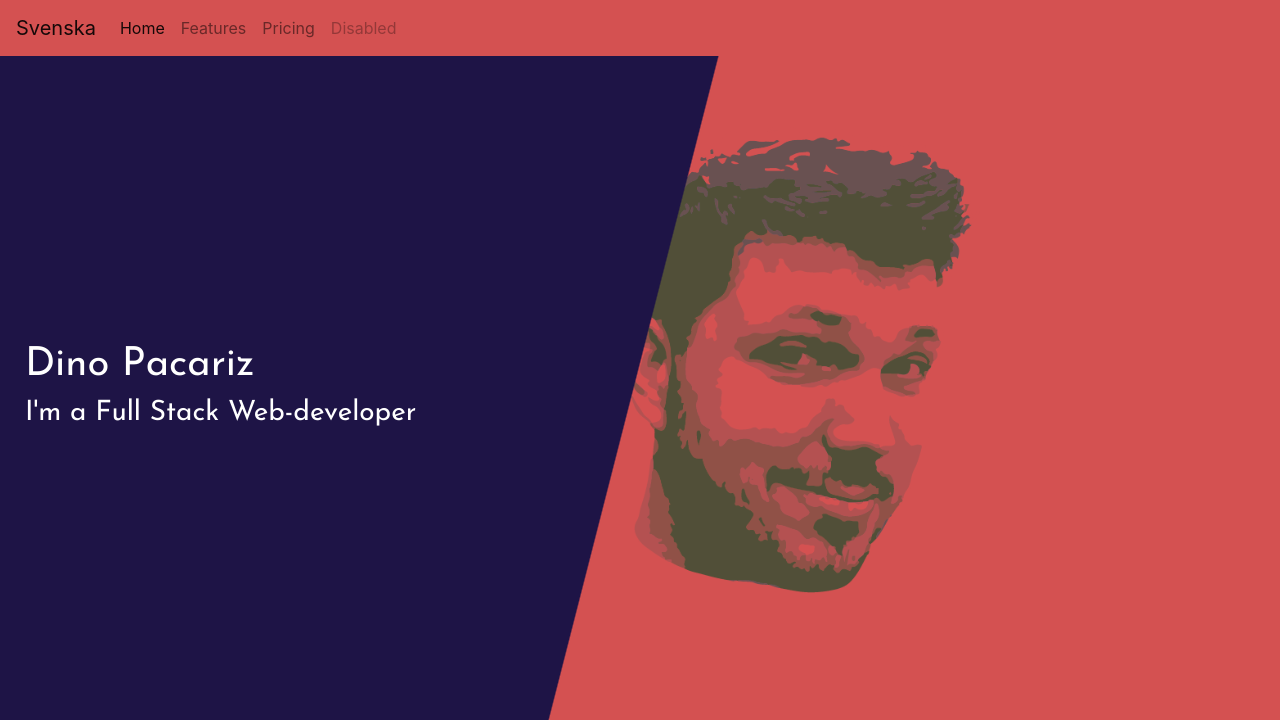
Repository: ImDino/Portfolio
Page: index.html
The author's editor kept a copy of each file at every save. The page is drawn from the files as they stood at one save, then again after the next save.
The browser window is 1280 px wide. The pictures show the whole page.
Some web libraries are served in a nearby version. The style sheet was rebuilt from its Sass, Less or Tailwind sources for each picture, by a compiler version that may differ from the author's.

Above is the page before, as saved 2020-11-04 12:59:29.

### index.html
<!DOCTYPE html>
<html lang="en">
<head>
    <meta charset="UTF-8">
    <meta name="viewport" content="width=device-width, initial-scale=1.0">
    <link rel="stylesheet" href="https://cdn.jsdelivr.net/npm/bootstrap@4.5.3/dist/css/bootstrap.min.css" integrity="sha384-TX8t27EcRE3e/ihU7zmQxVncDAy5uIKz4rEkgIXeMed4M0jlfIDPvg6uqKI2xXr2" crossorigin="anonymous">
    <link href="https://fonts.googleapis.com/css2?family=Josefin+Sans&display=swap" rel="stylesheet">

    <script src="https://code.jquery.com/jquery-3.5.1.slim.min.js" integrity="sha384-DfXdz2htPH0lsSSs5nCTpuj/zy4C+OGpamoFVy38MVBnE+IbbVYUew+OrCXaRkfj" crossorigin="anonymous"></script>
    <script src="https://cdn.jsdelivr.net/npm/bootstrap@4.5.3/dist/js/bootstrap.bundle.min.js" integrity="sha384-ho+j7jyWK8fNQe+A12Hb8AhRq26LrZ/JpcUGGOn+Y7RsweNrtN/tE3MoK7ZeZDyx" crossorigin="anonymous"></script>
    <script src="https://cdnjs.cloudflare.com/ajax/libs/gsap/3.5.1/gsap.min.js"></script>
    <script src="/js/main.js"></script>


    <link rel="stylesheet" href="css/main.css">
    <title>Dino's Portfolio</title>
</head>
<body>
    <div id='pseudo-div'></div>
    <nav class="navbar navbar-expand-lg navbar-light bg-light">
        <!-- <a class="navbar-brand" href="#">Navbar</a> -->
        <a class="navbar-brand" id='lang' href="#">Svenska</a>
        <button class="navbar-toggler" type="button" data-toggle="collapse" data-target="#navbarNav" aria-controls="navbarNav" aria-expanded="false" aria-label="Toggle navigation">
          <span class="navbar-toggler-icon"></span>
        </button>
        <div class="collapse navbar-collapse" id="navbarNav">
          <ul class="navbar-nav">
            <li class="nav-item active">
              <a class="nav-link" href="#">Home <span class="sr-only">(current)</span></a>
            </li>
            <li class="nav-item">
              <a class="nav-link" href="#">Features</a>
            </li>
            <li class="nav-item">
              <a class="nav-link" href="#">Pricing</a>
            </li>
            <li class="nav-item">
              <a class="nav-link disabled" href="#" tabindex="-1" aria-disabled="true">Disabled</a>
            </li>
          </ul>
        </div>
    </nav>
    <div id='purple-div'>
        <h1>Dino Pacariz</h1>
        <h3>I'm a Full Stack Web-developer</h3>
    </div>
    <div id='face'>
    </div>
</body>
</html>

### js/main.js
document.addEventListener('DOMContentLoaded', () => {
    gsap.from("#purple-div", {duration: 1, x: -1000});
    gsap.from("#face", {duration: 1, opacity: 0});
    gsap.from("#face", {clearProps: 'all', duration: 1, x:100});
    TweenLite.from('#face', {y:20, ease:Linear.easeNone});





    // localStorage.clear()

    /*:::::::START:::::::::
    ::: Refresh Counter :::
    :::::::::::::::::::::*/

    if(localStorage.getItem('refreshCount') == null) {
        localStorage.setItem('refreshCount', 1);
    } else {
        let  localRefreshCount = localStorage.getItem('refreshCount')
        localRefreshCount++;
        localStorage.setItem('refreshCount', localRefreshCount);
    }
    if (parseInt(localStorage.getItem('refreshCount')) > 10) {
        localStorage.setItem('refreshCount', 1);
    }
    console.log('RefreshCount: '+localStorage.getItem('refreshCount'))


    /*::::::::END::::::::::
    ::: Refresh Counter :::
    :::::::::::::::::::::*/
})

### scss/main.scss


body {
    background-color: #D45151;
    color: white;
}

#pseudo-div {
    width: 100%;
    background-color: red;
}

.navbar {
    background-color: #D45151 !important;
    color: white;
}

#purple-div {
    padding-top: 60px;
    position: absolute;
    top: 0;
    bottom: 0;
    left: 0;
    right: 0;
    z-index: -1;
    background: linear-gradient(104.35deg, #1E1446 50%, rgba(255, 255, 255, 0) 50.1%);
    display: grid;
    place-content: center left;

    h1, h3 {
        margin-left: 25px;
        font-family: 'Josefin Sans', sans-serif;

    }
    h1 {
        // font-size: 2em;
    }
}

#face {
    position: fixed;
    top: 0;
    bottom: 0;
    left: 0;
    right: 0;
    margin-right: 300px;
    background: url('/img/vectorFace.png') no-repeat;
    background-color: #D45151;
    z-index: -2;
    background-blend-mode: darken;
    background-size: 50vh;
    background-position: right;
}



/* //TODO
1. Darkmode, ställa in särskilda färger IFALL man är i darkmode? UX baby.

*/

After the next save:
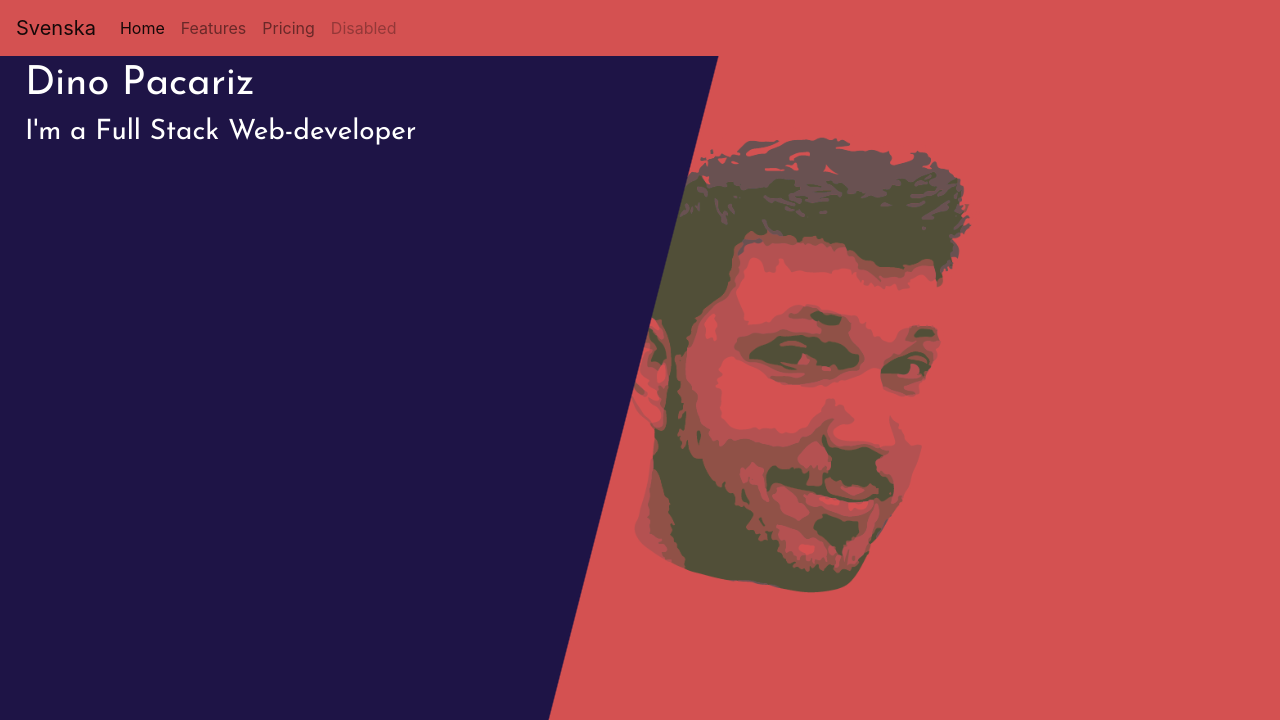
Saved 45 s later.
--- a/scss/main.scss
+++ b/scss/main.scss
@@ -24,8 +24,8 @@ body {
     right: 0;
     z-index: -1;
     background: linear-gradient(104.35deg, #1E1446 50%, rgba(255, 255, 255, 0) 50.1%);
-    display: grid;
-    place-content: center left;
+    // display: grid;
+    // place-content: center left;
 
     h1, h3 {
         margin-left: 25px;
